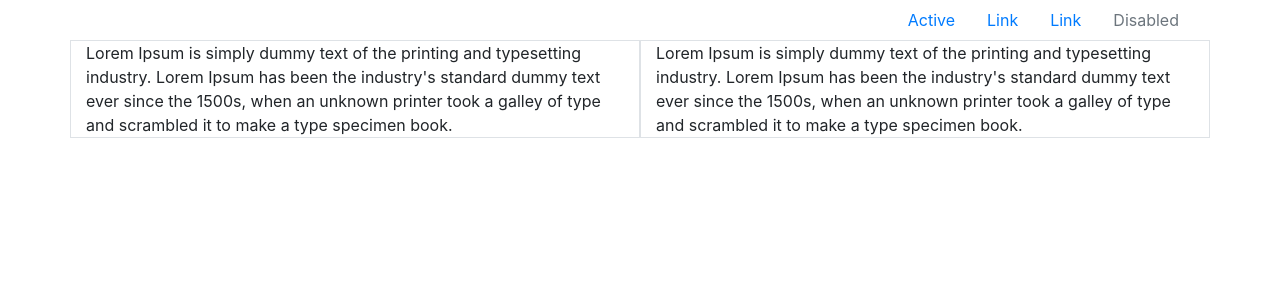
Repository: Green-Technologies-Angular/HTML
Page: index.html
The author's editor kept a copy of each file at every save. The page is drawn from the files as they stood at one save, then again after the next save.
The browser window is 1280 px wide. The pictures show the whole page.

Above is the page before, as saved 2019-01-31 09:59:40.

### index.html
<!DOCTYPE html>
<html>

<head>
    <title>Title of the document</title>
    <link rel="stylesheet" href="css/bootstrap.css">
    <style>
        .border {
            border: 1px solid #ccc;
        }
    </style>
    <script>
        localStorage.setItem("name", "tamilsdfsdfsdfsdfmani");
        console.log(localStorage.getItem('name'));
    </script>
</head>

<body>
    <div class="container">
        <ul class="nav justify-content-end bg-nav">
            <li class="nav-item">
                <a class="nav-link active" href="#">Active</a>
            </li>
            <li class="nav-item">
                <a class="nav-link" href="#">Link</a>
            </li>
            <li class="nav-item">
                <a class="nav-link" href="#">Link</a>
            </li>
            <li class="nav-item">
                <a class="nav-link disabled" href="#" tabindex="-1" aria-disabled="true">Disabled</a>
            </li>
        </ul>
        <div class="row">
            <div class="col-xl-6 col-lg-6 col-md-6 col-sm-6 border">
                Lorem Ipsum is simply dummy text of the printing and typesetting industry. Lorem Ipsum has been the
                industry's standard dummy text ever since the 1500s, when an unknown printer took a galley of type and
                scrambled it to make a type specimen book.
            </div>
            <div class="col-xl-6 col-lg-6 col-md-6 col-sm-6 border">
                Lorem Ipsum is simply dummy text of the printing and typesetting industry. Lorem Ipsum has been the
                industry's standard dummy text ever since the 1500s, when an unknown printer took a galley of type and
                scrambled it to make a type specimen book.
            </div>
        </div>
    </div>
    <script src="script/jquery.js"></script>
    <script src="script/popper.js"></script>
    <script src="script/bootstrap.js"></script>
</body>

</html>

Loaded but not shown: css/bootstrap.css (library); script/jquery.js (library); script/popper.js (library); script/bootstrap.js (library)

After the next save:
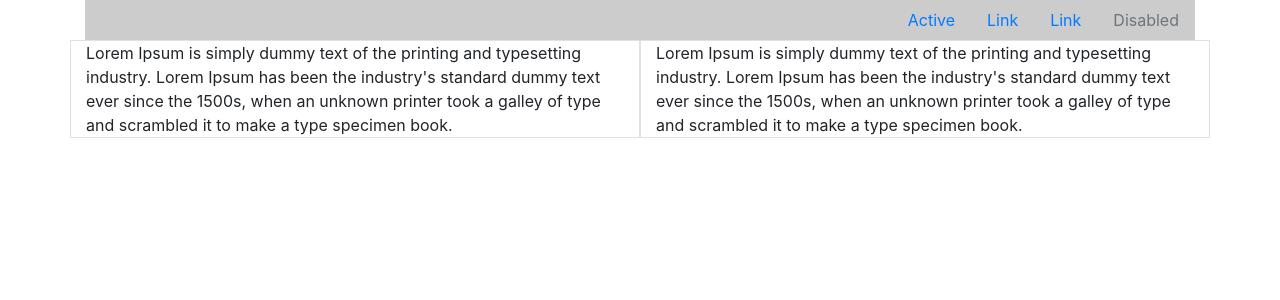
Saved 44 s later.
--- a/index.html
+++ b/index.html
@@ -8,6 +8,7 @@
         .border {
             border: 1px solid #ccc;
         }
+
     </style>
     <script>
         localStorage.setItem("name", "tamilsdfsdfsdfsdfmani");
@@ -17,7 +18,7 @@
 
 <body>
     <div class="container">
-        <ul class="nav justify-content-end bg-nav">
+        <ul class="nav justify-content-end bg-nav" style="background: #ccc;">
             <li class="nav-item">
                 <a class="nav-link active" href="#">Active</a>
             </li>
